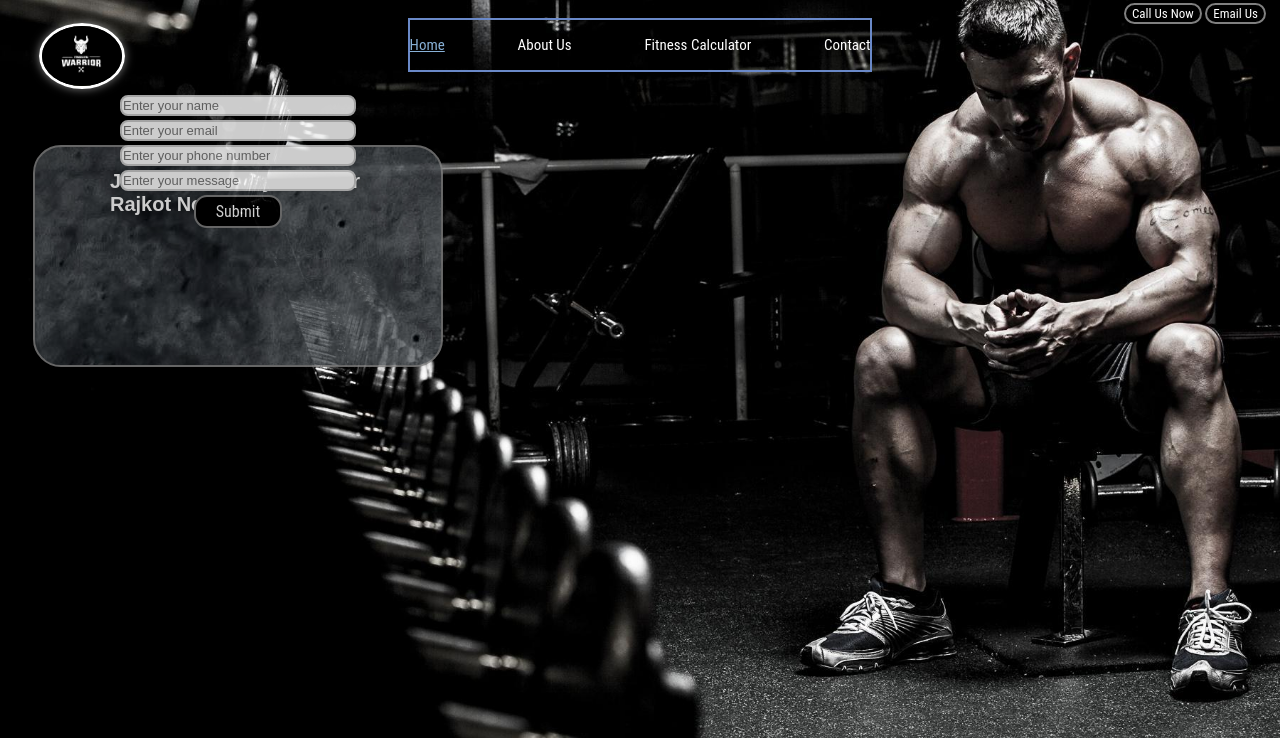
Repository: asthaasquare/project-1
Page: project-1/index.html
These files come from the project's save history. The page is drawn as it stood at one moment and after the next save; the edit follows.
The browser window is 1280 px wide. The pictures show the whole page.
Some web fonts or font styles are not loaded; a fallback is used.

Above is the page before, as saved 2024-05-10 10:10:48.

### project-1/index.html
  <!DOCTYPE html>
  <html lang="en">
  <head>
    <meta charset="UTF-8" />
    <meta name="viewport" content="width=device-width, initial-scale=1.0" />
    <title>Fit World</title>
    <link rel="preconnect" href="https://fonts.googleapis.com" />
    <link rel="preconnect" href="https://fonts.gstatic.com" crossorigin />
    <link href="https://fonts.googleapis.com/css2?family=Jersey+10&display=swap" rel="stylesheet" />
    <link rel="stylesheet" href="css/style.css" />
    <style>
      body {
        color: white;
        margin: 0;
        padding: 0;
        background-image: url("img/1087639.jpg");
        background-size: cover; /* This will make sure the image covers the entire background */
        background-position: center; /* This will center the image within the container */
        height: 100vh; /* This will set the height of the background to the viewport height */
        font-family: "Roboto Condensed", sans-serif;
        font-optical-sizing: auto;
      }

      .left {
        /* border: 2px double rgb(75, 62, 62); */
        display: inline-block;
        position: absolute;
        top: 0px;
        left: 34px;
        padding: 5px; /* Add some padding around the logo */
      }

      .left img {
        width: 80px;
        height: auto;
        border-radius: 50%;
        border: 3px solid white;
        box-shadow: 0 0 10px rgba(255, 255, 255, 0.5);
      }

      .left div {
        line-height: 0px;
      }

      .mid {
        margin: 18px auto;
        display: block;
        width: 36%;
        border: 2px double rgb(106, 137, 200);
      }

      .right {
        position: absolute;
        display: inline-block;
        /* border: 2px double rgb(100, 96, 222); */
        top: 0px;
        right: 34px;
      }

      .navbar {
        display: flex; /* Use flexbox for better alignment */
        justify-content: space-between; /* Distribute items evenly across the container */
        align-items: center; /* Center items vertically */
        padding: 0;
      }

      .navbar li {
        font-size: 15px;
        list-style: none; /* Remove default list styles */
        margin-right: 20px; /* Add some spacing between navbar items */
      }

      .navbar li a {
        color: white;
        text-decoration: none;
      }

      .navbar li a:hover,
      .navbar li a.active {
        text-decoration: underline;
        color: rgb(136, 177, 215);
      }

      .navbar li:last-child {
        margin-right: 0; /* Remove margin from the last navbar item */
      }

      .header {
        position: relative; /* Set position to relative to allow absolute positioning of child elements */
      }

      .container {
        border: 2px solid grey;
        margin: 73px 33px;
        padding: 75px;
        width: 20%;
        background-image: url(img/bg1.jpg);
        opacity: 80%;
        z-index: -1;
        height: 68px;
        border-radius: 28px;
      }

      .btn {
        margin: 0px 0px;
        color: white;
        background-color: black;
        position: relative;
        right: 22px;
        top: -15px;
        left: 20px;
        border: 2px solid grey;
        border-radius: 13px;
        font-size: 13px;
        cursor: pointer;
        transition: background-color 0.3s, border-color 0.3s;
        font-family: "Roboto Condensed", sans-serif;
      }

      .btn:hover {
        background-color: grey; /* Change background color on hover */
        border-color: black; /* Change border color on hover */
      }

      h1 {
        position: relative;
        top: -65px;
        color: white;
        font-size: 20px; /* Adjust the font size as needed */
        font-weight: bold; /* Optionally adjust the font weight */
        font-family: 'Poetsen One', sans-serif; /* Apply the Poetsen One font */
        text-shadow: 2px 2px 8px rgba(0, 0, 0, 0.5); /* Update the text shadow */
        width: 280px;
        padding: 0px;
      }

      .form {
      text-align: center; /* Center align the form elements */
      position: relative;
      bottom: 200px;

    }

    .form-group {
      margin-bottom: 4px; /* Add some spacing between form groups */
      bottom: 50px;
    }

    input[type="text"] {
      width: calc(100% - 20px); /* Make text inputs fill the width of their container minus the padding */
      padding: 1px; /* Add padding to text inputs */
      border: 2px solid #ccc; /* Add border to text inputs */
      border-radius: 8px; /* Add border radius to text inputs */
      font-size: 13px; /* Adjust the font size of text inputs */
      box-sizing: border-box; /* Include padding and border in the element's total width and height */
    }

    .btn1 {
      color: white;
      background-color: black;
      border: 2px solid grey;
      border-radius: 13px;
      font-size: 16px;
      padding: 5px 20px; /* Add padding to the button */
      cursor: pointer;
      transition: background-color 0.3s, border-color 0.3s;
      font-family: "Roboto Condensed", sans-serif;
    }

    .btn1:hover {
      background-color: grey; /* Change background color on hover */
      border-color: black; /* Change border color on hover */
    }
    </style>
  </head>
  <body>
    <header class="header">
      <div class="left">
        <img src="img/logo.jpg" alt="Logo" />
      </div>
      <div class="mid">
        <ul class="navbar">
          <li><a href="#" class="active">Home</a></li>
          <li><a href="#">About Us</a></li>
          <li><a href="#">Fitness Calculator</a></li>
          <li><a href="#">Contact</a></li>
        </ul>
      </div>
      <div class="right">
        <button class="btn">Call Us Now</button>
        <button class="btn">Email Us</button>
      </div>
    </header>
    <div class="container">
      <h1>Join The Best Gym Of Our Rajkot Now</h1>

      <form action="noaction.php" class="form">

        <div class="form-group">
          <input type="text" name="name" placeholder="Enter your name">
        </div>
        <div class="form-group">
          <input type="text" name="email" placeholder="Enter your email">
        </div>
        <div class="form-group">
          <input type="text" name="phone" placeholder="Enter your phone number">
        </div>
        <div class="form-group">
          <input type="text" name="message" placeholder="Enter your message">
        </div>
        <button type="submit" class="btn1">Submit</button>
      </form>
    </div>
  </body>
  </html>

Loaded but not shown: project-1/css/style.css (no stored copy; drawn as an empty file)

After the next save:
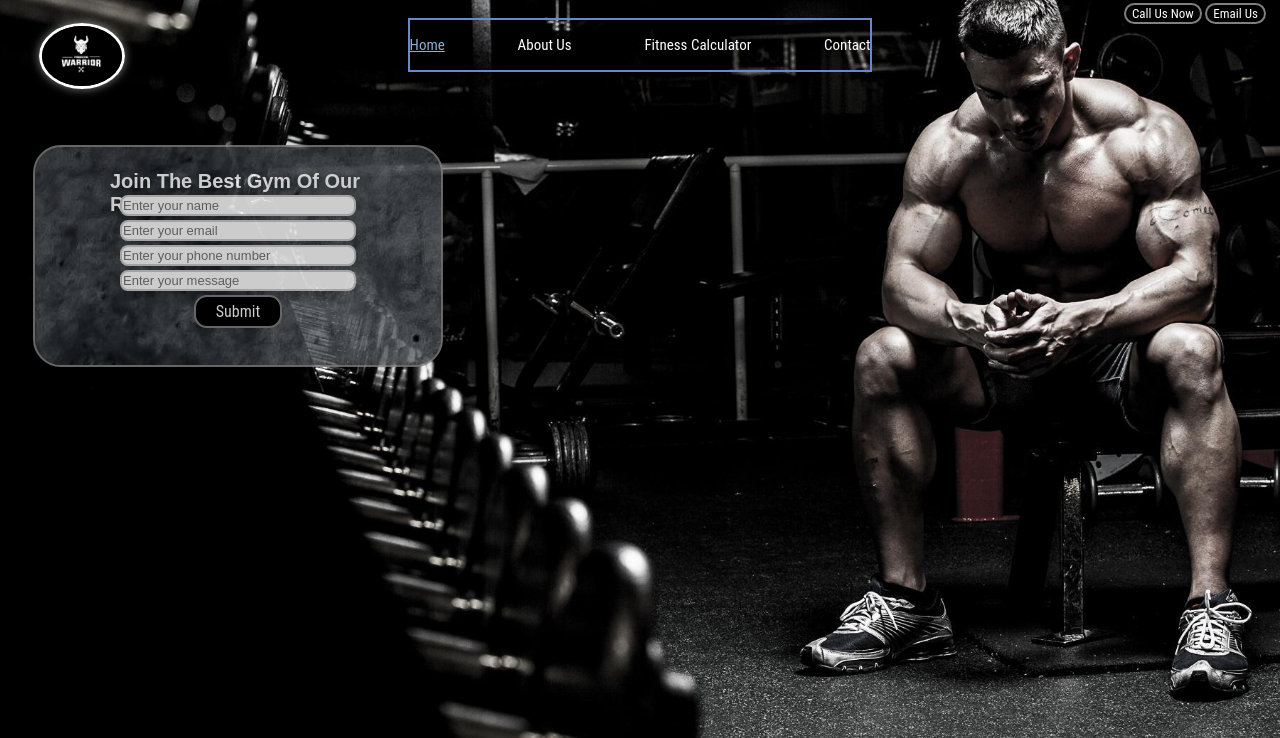
Saved 11 s later.
--- a/project-1/index.html
+++ b/project-1/index.html
@@ -137,7 +137,7 @@
       .form {
       text-align: center; /* Center align the form elements */
       position: relative;
-      bottom: 200px;
+      bottom: 100px;
 
     }
 
